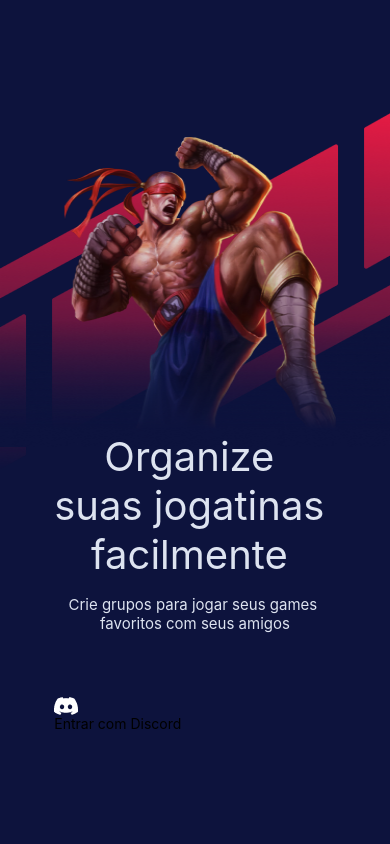
Repository: rafael346/nlw_gameplay
Page: /
The author's editor kept a copy of each file at every save. The page is drawn from the files as they stood at one save, then again after a run of saves.
The browser window is 390 px wide. The pictures show the whole page.
The app was drawn by React Native's web renderer in a window 390 px wide. The project was rebuilt for these pictures with package versions that can differ from the ones it lists, and the page was loaded fresh each time.

Above is the page before, as saved 2021-06-20 22:04:40.

After the next 2 saves:
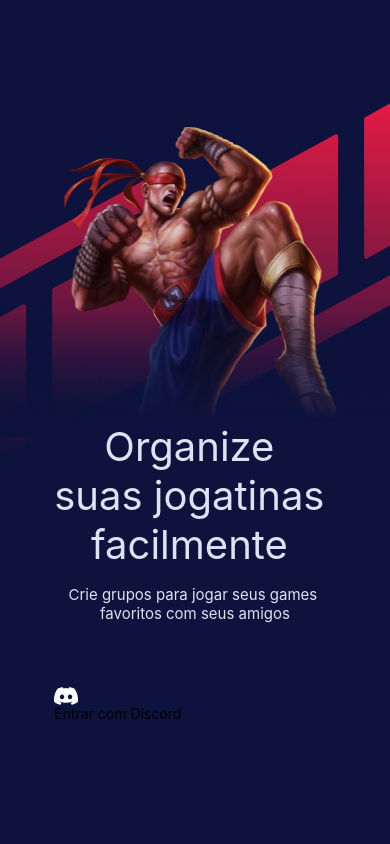
The 2 saves are shown as one change because 1 did not build or start.
The last was saved 70 s later.
--- a/src/components/ButtonIcon/styles.ts
+++ b/src/components/ButtonIcon/styles.ts
@@ -1,5 +1,8 @@
 import { StyleSheet } from 'react-native'
 
 export const styles = StyleSheet.create({
-
+  container: {
+    width: '100%',
+    height: 56,
+  }
 })
